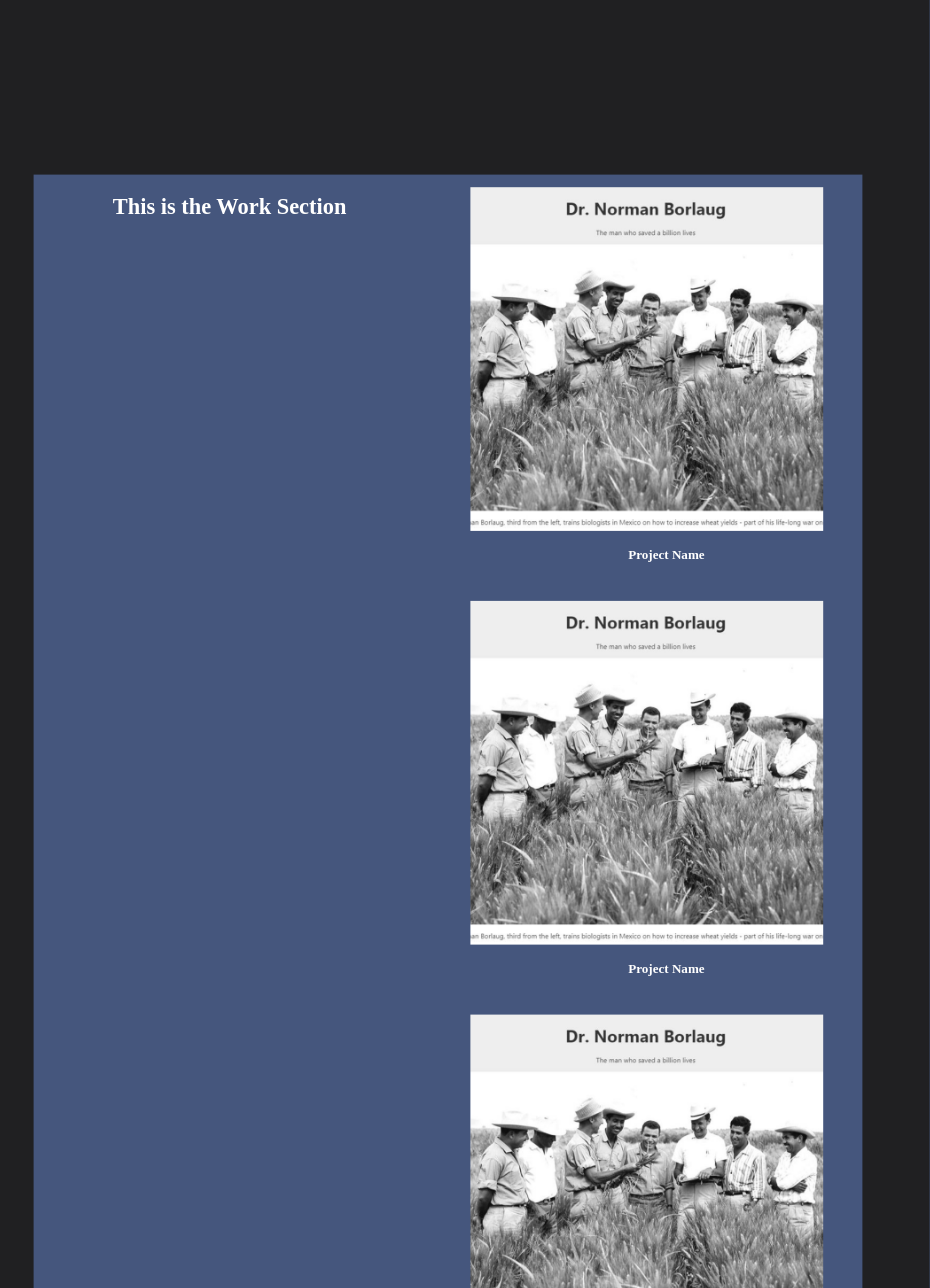
Repository: justicebhekani88/microverse_portfolio_project
Page: index.html
The author's editor kept a copy of each file at every save. The page is drawn from the files as they stood at one save, then again after the next save.
The browser window is 1280 px wide. The page is 1328 px wide, so the pictures cover 1328 px, including what lies to the right of the window. The pictures show the part of the page from y = 818 to 2658 px (the page is 2906 px tall before and 1632 px after), at 70% of full size.

Above is the page before, as saved 2022-07-21 15:25:28.

### index.html
<!DOCTYPE html>
<html lang="en">

<head>
    <meta charset="UTF-8">
    <meta http-equiv="X-UA-Compatible" content="IE=edge">
    <meta name="viewport" content="width=device-width, initial-scale=1.0">
    <link rel="stylesheet" href="style.css">
    <title>Portfolio Project</title>
</head>

<body>
    <nav id="navbar">
        <ul id="nav-list">
            <li><a href="#welcome-section">About</a></li>
            <li><a href="#projects">Work</a></li>
            <li><a href="#contact">Contact</a></li>
        </ul>
    </nav>
    <div id="main">
        <section id="welcome-section">
            <div id="welcome-text">
                <h1>Hi, It's Justice and Didier</h1>
                <h2>We are developers</h2>
            </div>
        </section>
        <section id="projects">
            <h1>This is the Work Section</h1>
            <div id="projects-display">
            <div class="project-tile">
                <a href="">
                    <div>
                        <img src="project.png" alt="Project Image">
                        <h3>Project Name</h3>
                    </div>
                </a>
            </div>
            <div class="project-tile">
                <a href="">
                    <div>
                        <img src="project.png" alt="Project Image">
                        <h3>Project Name</h3>
                    </div>
                </a>
            </div>
            <div class="project-tile">
                <a href="">
                    <div>
                        <img src="project.png" alt="Project Image">
                        <h3>Project Name</h3>
                    </div>
                </a>
            </div>
            </div>
        </section>
        <section>
            <a href="#" id="profile-link" target="_blank">FreeCodeCamp</a>
            <a href="#" id="profile-link" target="_blank">Github</a>
            <a href="#" id="profile-link" target="_blank">StackOverflow</a>
        </section>
    </div>

</body>

</html>

### style.css
body {
    background-color: #202022;
    overflow-x: hidden;
}

nav {
    color: white;
    display: flex;
    justify-content: flex-end;
    position: fixed;
    top: 0;
    left: 0;
    width: 100%;
    background: #BE3043;
}

#nav-list {
    display: flex;
}

li,
a {
    list-style: none;
    color: white;
    padding: 10px;
    text-decoration: none;
}

#main {
    padding-left: 70px;
}

#welcome-section {
    width: 100vw;
    height: 100vh;
}

h1 {
    color: white;
    font-size: 2rem;
    text-align: center;
}

h2 {
    color: #BE3043;
    font-size: 1.5rem;
}

h3 {
    text-align: center;
}

#welcome-text {
    margin: 300px 30%;
    text-align: center;
}

#projects {
    display: grid;
    grid-template-columns: repeat(auto-fit, minmax(320px, 1fr));
    grid-gap: 4rem;
    background: #45567D;
}

img {
    width: 90%
}

@media only screen and (min-width: 600px) {
    #main {
        padding: 10px;
    }
}

@media only screen and (min-width: 1280px) {
    #main {
        padding: 40px;
    }
    nav {
        font-size: larger;
    }
}

After the next save:
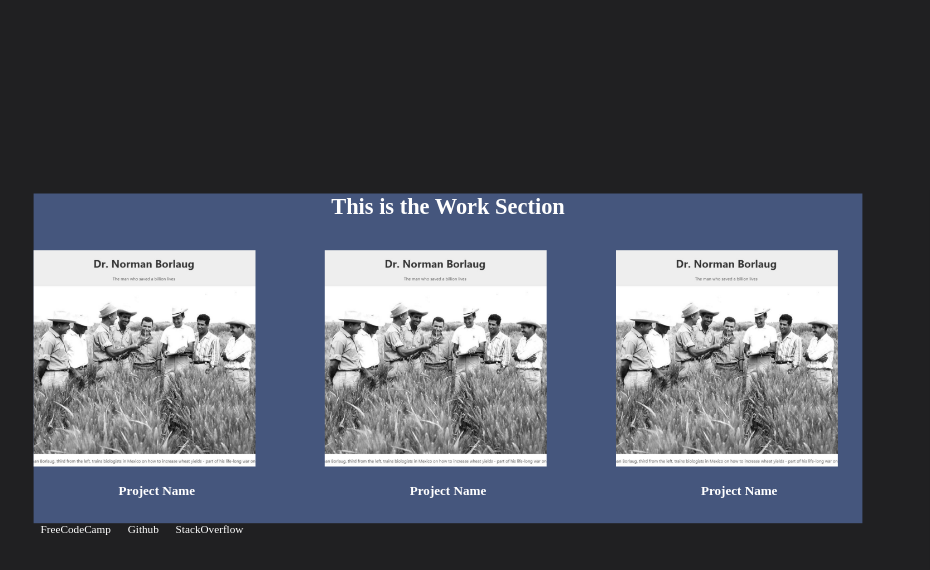
Saved 10 s later.
--- a/style.css
+++ b/style.css
@@ -56,10 +56,13 @@ h3 {
 }
 
 #projects {
+    background: #45567D;
+}
+
+#projects-display {
     display: grid;
     grid-template-columns: repeat(auto-fit, minmax(320px, 1fr));
     grid-gap: 4rem;
-    background: #45567D;
 }
 
 img {
